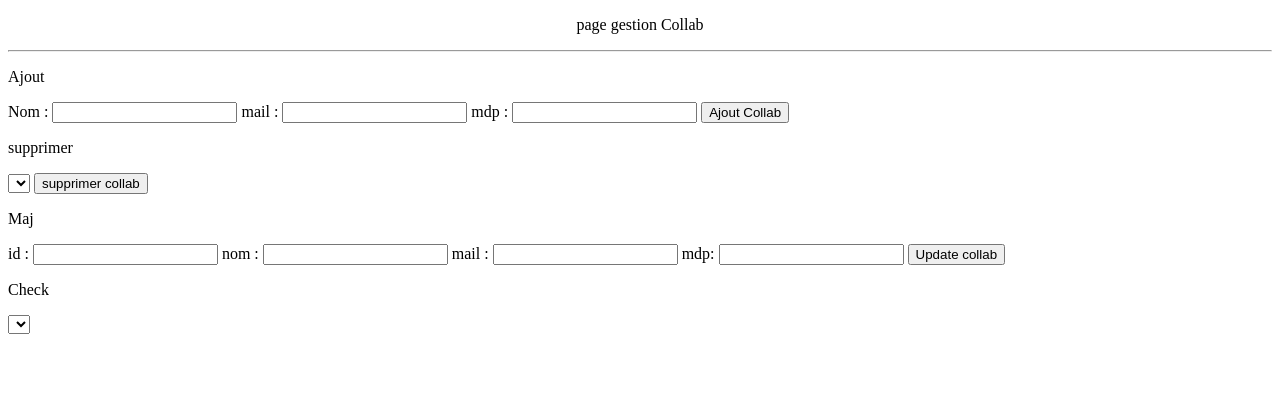
Repository: Shakibaei-2020/CRA_JEE_FINAL
Page: http://localhost/jee_crainfocom/WEB-INF/PageAdminGestionCollab.jsp
These files come from the project's save history. The page is drawn as it stood at one moment and after the next save; the edit follows.
The browser window is 1280 px wide. The pictures show the whole page.
The page is served by Tomcat 9. Nobody is signed in. The template is opened directly, without the code that normally fills it, so the values that code supplies are empty.

Above is the page before, as saved 2021-04-08 10:57:06.

After the next save:
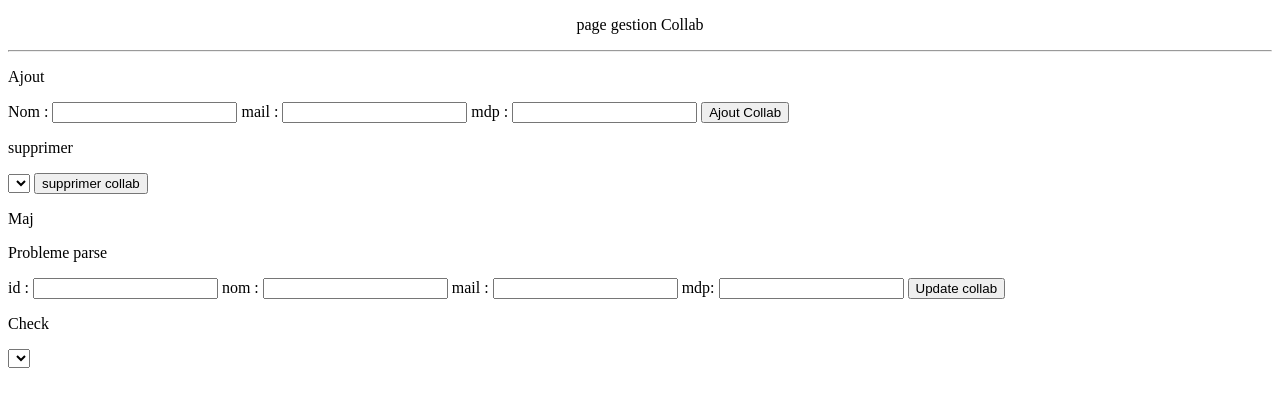
Saved 29 s later.
--- a/CRA_JEE_FINAL/jee_crainfocom/src/main/webapp/WEB-INF/PageAdminGestionCollab.jsp
+++ b/CRA_JEE_FINAL/jee_crainfocom/src/main/webapp/WEB-INF/PageAdminGestionCollab.jsp
@@ -35,7 +35,8 @@
 </form>
 
 <!-- ************************************************************************ -->
-<p>Maj</p>
+<p>Maj</p><p> Probleme parse </p>
+
  <form method="post" action=ControleAdminGestionCollab>
 
             <label for="idUp">id : </label>
